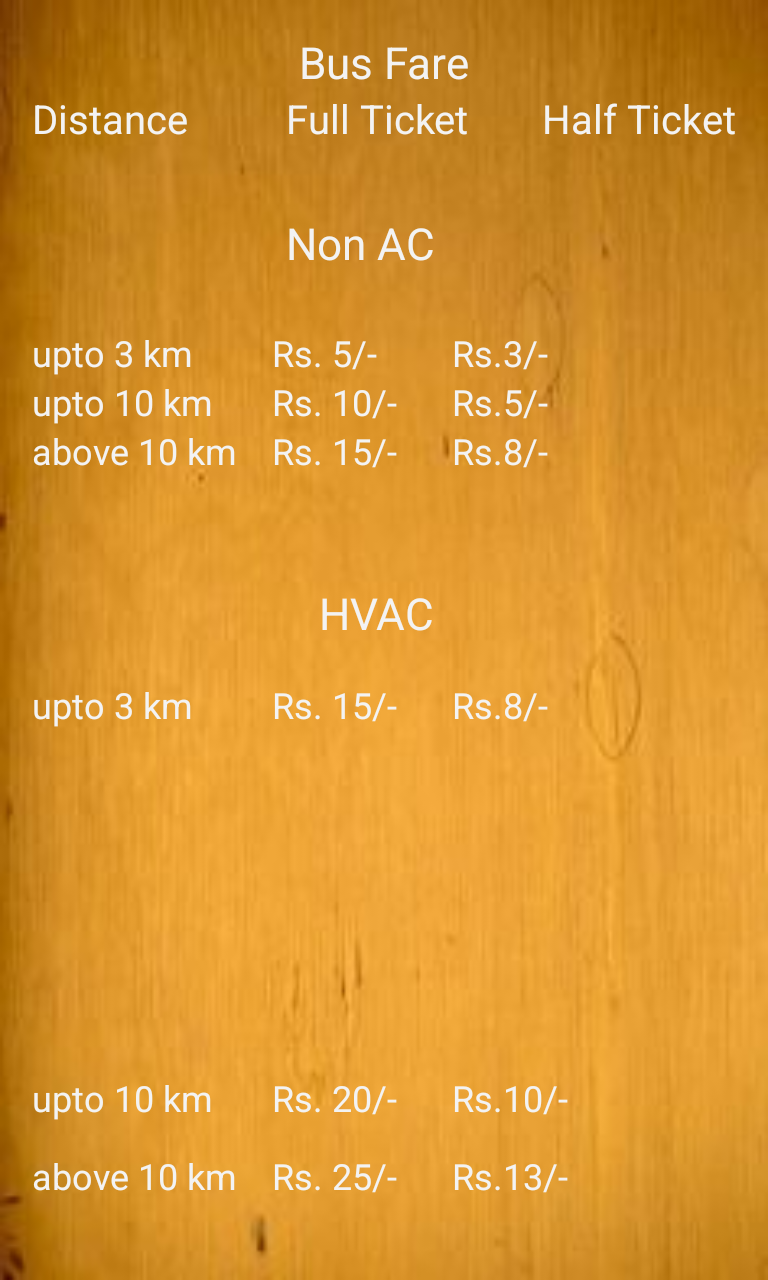
Repository: yogeshwar1996/android-app
Layout: CHD!!@BUSES/res/layout/activity_info.xml
The author's editor kept a copy of each file at every save. The layout is drawn from the files as they stood at one save, then again after the next save.
It is drawn on a 768 x 1280 px phone screen (xhdpi) without system bars, with theme android:Theme.Holo; the app's code is not run.

Above is the layout before, as saved 2016-07-11 05:48:55.

After the next save:
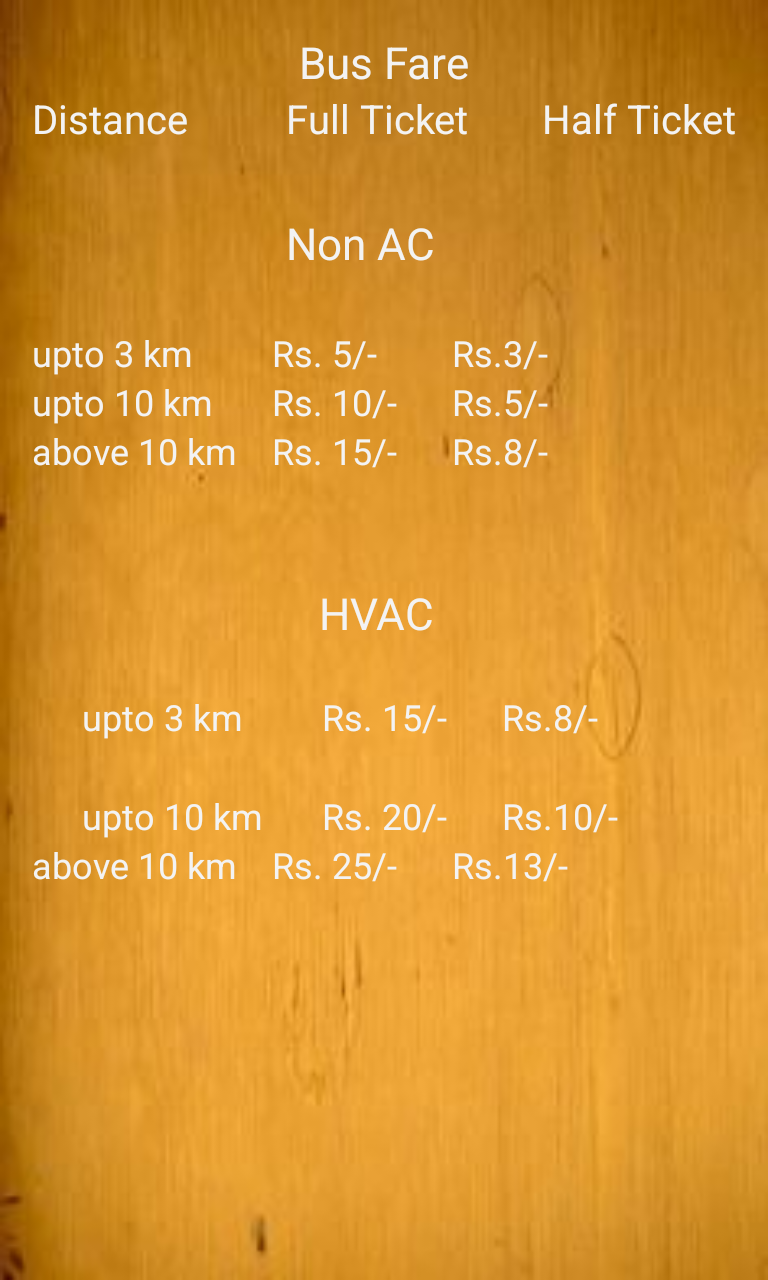
Saved 25 min 40 s later.
--- a/CHD!!@BUSES/res/layout/activity_info.xml
+++ b/CHD!!@BUSES/res/layout/activity_info.xml
@@ -88,21 +88,11 @@
         android:textAppearance="?android:attr/textAppearanceLarge" />
 
     <TextView
-        android:id="@+id/TextView04"
-        android:layout_width="match_parent"
-        android:layout_height="wrap_content"
-        android:layout_alignLeft="@+id/TextView06"
-        android:layout_alignParentBottom="true"
-        android:layout_marginBottom="63dp"
-        android:text="upto 10 km 			Rs. 20/-			Rs.10/-"
-        android:textAppearance="?android:attr/textAppearanceMedium" />
-
-    <TextView
         android:id="@+id/TextView05"
         android:layout_width="match_parent"
         android:layout_height="wrap_content"
         android:layout_alignParentBottom="true"
-        android:layout_alignParentLeft="true"
+        android:layout_below="@id/TextView04"
         android:layout_marginBottom="24dp"
         android:text="above 10 km 		Rs. 25/-			Rs.13/-"
         android:textAppearance="?android:attr/textAppearanceMedium" />
@@ -123,8 +113,20 @@
         android:layout_height="wrap_content"
         android:layout_alignLeft="@+id/TextView05"
         android:layout_below="@+id/TextView03"
-        android:layout_marginTop="19dp"
+        android:layout_marginBottom="25dp"
+        android:layout_marginLeft="25dp"
+        android:layout_marginRight="25dp"
+        android:layout_marginTop="25dp"
         android:text="upto 3 km 				Rs. 15/-			Rs.8/-"
         android:textAppearance="?android:attr/textAppearanceMedium" />
 
+    <TextView
+        android:id="@+id/TextView04"
+        android:layout_width="match_parent"
+        android:layout_height="wrap_content"
+        android:layout_alignLeft="@+id/TextView06"
+        android:layout_below="@+id/TextView06"
+        android:text="upto 10 km 			Rs. 20/-			Rs.10/-"
+        android:textAppearance="?android:attr/textAppearanceMedium" />
+
 </RelativeLayout>
